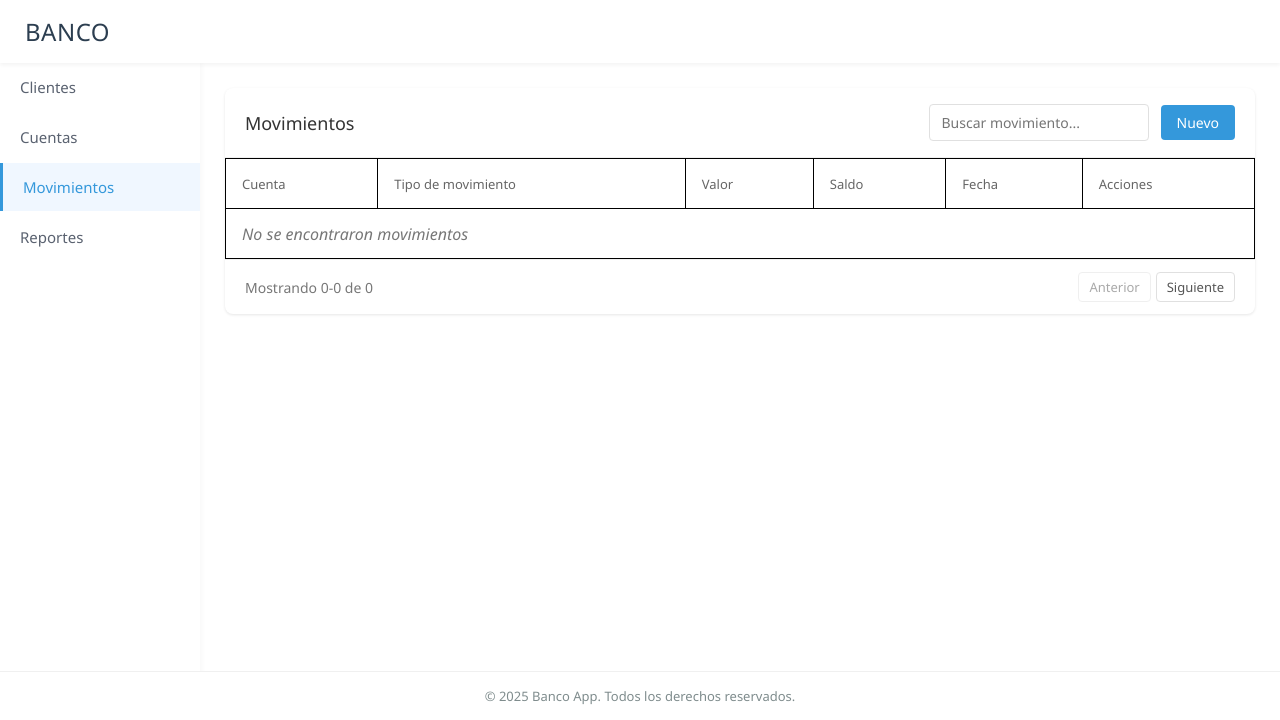
Repository: nder1996/Bank-Devsu
Page: /movimientos (app in Frontend/banco-devsu/)
An editor plug-in stored every save of this project. The page is shown before and after the next save, followed by the edit.
The browser window is 1280 px wide. The pictures show the whole page.
The page's requests for data from a server got no answer. The project was rebuilt for these pictures with package versions that can differ from the ones it lists, and the page was loaded fresh each time. No one was signed in, and anything a server would have sent is missing. Also part of the build but not shown: Frontend/banco-devsu/angular.json, Frontend/banco-devsu/src/app/presentation/pages/clientes/clientes.component.ts, Frontend/banco-devsu/src/app/core/services/cliente.service.ts, Frontend/banco-devsu/src/app/presentation/pages/cuentas/cuentas.component.ts, Frontend/banco-devsu/src/app/core/services/cuenta.service.ts, Frontend/banco-devsu/src/app/presentation/pages/reportes/reportes.component.ts.

Above is the page before, as saved 2025-08-22 14:01:44.

### Frontend/banco-devsu/src/index.html
<!doctype html>
<html lang="en">
<head>
  <meta charset="utf-8">
  <title>BancoDevsu</title>
  <base href="/">
  <meta name="viewport" content="width=device-width, initial-scale=1">
  <link rel="icon" type="image/x-icon" href="favicon.ico">
</head>
<body>
  <app-root></app-root>
</body>
</html>

### Frontend/banco-devsu/src/styles.css
/* You can add global styles to this file, and also import other style files */
* {
  box-sizing: border-box;
  font-family: 'Segoe UI', Roboto, 'Helvetica Neue', Arial, sans-serif;
  margin: 0;
  padding: 0;
}

html, body {
  height: 100%;
  overflow: hidden; /* Evita el scroll en el body */
}

.app-container {
  display: flex;
  flex-direction: column;
  height: 100vh;
  overflow: hidden;
}

.main-content {
  display: flex;
  flex: 1;
  height: calc(100vh - 115px); /* Altura total - (header + footer) */
  overflow: hidden;
}

.content {
  flex: 1;
  overflow-y: auto; /* Solo scroll en el área de contenido */
  padding: 25px;
}


.data-table{
  border:1px solid red !important
}

.data-table th, .data-table td {
  border: 1px solid black !important;
  text-align: center; /* Centra el texto horizontalmente */
  vertical-align: middle; /* Centra el texto verticalmente */
  padding: 10px; /* Espaciado interno para mejor apariencia */
  height: 50px; /* Asegura que las celdas tengan suficiente altura */
}

### Frontend/banco-devsu/src/app/app.module.ts
import { NgModule } from '@angular/core';
import { BrowserModule } from '@angular/platform-browser';

import { AppRoutingModule } from './app-routing.module';
import { AppComponent } from './app.component';
import { HeaderComponent } from './presentation/layout/header/header.component';
import { SidebarComponent } from './presentation/layout/sidebar/sidebar.component';
import { ClientesComponent } from './presentation/pages/clientes/clientes.component';
import { CuentasComponent } from './presentation/pages/cuentas/cuentas.component';
import { MovimientosComponent } from './presentation/pages/movimientos/movimientos.component';
import { ReportesComponent } from './presentation/pages/reportes/reportes.component';
import { FooterComponent } from './presentation/layout/footer/footer.component';
import { FormsModule } from '@angular/forms';
import { HttpClientModule } from '@angular/common/http';

@NgModule({
  declarations: [
    AppComponent,
    HeaderComponent,
    SidebarComponent,
    ClientesComponent,
    CuentasComponent,
    MovimientosComponent,
    ReportesComponent,
    FooterComponent
  ],
  imports: [
    BrowserModule,
    AppRoutingModule,
    FormsModule,
    HttpClientModule

  ],
  providers: [],
  bootstrap: [AppComponent]
})
export class AppModule { }

### Frontend/banco-devsu/src/app/app-routing.module.ts
import { NgModule } from '@angular/core';
import { RouterModule, Routes } from '@angular/router';
import { ClientesComponent } from './presentation/pages/clientes/clientes.component';
import { CuentasComponent } from './presentation/pages/cuentas/cuentas.component';
import { MovimientosComponent } from './presentation/pages/movimientos/movimientos.component';
import { ReportesComponent } from './presentation/pages/reportes/reportes.component';

const routes: Routes = [
  { path: '', redirectTo: '/clientes', pathMatch: 'full' },
  { path: 'clientes', component: ClientesComponent },
  //{ path: 'clientes/nuevo', component: ClienteFormComponent },
  //{ path: 'clientes/editar/:id', component: ClienteFormComponent },
  { path: 'cuentas', component: CuentasComponent },
  //{ path: 'cuentas/nuevo', component: CuentaFormComponent },
  //{ path: 'cuentas/editar/:id', component: CuentaFormComponent },
  { path: 'movimientos', component: MovimientosComponent },
  //{ path: 'movimientos/nuevo', component: MovimientoFormComponent },
  { path: 'reportes', component: ReportesComponent }
];

@NgModule({
  imports: [RouterModule.forRoot(routes)],
  exports: [RouterModule]
})
export class AppRoutingModule { }

### Frontend/banco-devsu/src/app/app.component.ts
import { Component } from '@angular/core';

@Component({
  selector: 'app-root',
  templateUrl: './app.component.html',
  styleUrls: ['./app.component.css']
})
export class AppComponent {
  title = 'banco-devsu';
}

### Frontend/banco-devsu/src/app/presentation/pages/movimientos/movimientos.component.ts
import { Component, OnInit } from '@angular/core';
import { MovimientoService } from 'src/app/core/services/movimiento.service';
import { Movimiento } from 'src/app/core/models/Movimiento';
import { TipoMovimiento } from '../../../core/enums/tipo-movimiento.enum';
import { MovimientoDTO } from 'src/app/core/dtos/movimiento.dto';

@Component({
  selector: 'app-movimientos',
  templateUrl: './movimientos.component.html',
  styleUrls: ['./movimientos.component.css']
})
export class MovimientosComponent implements OnInit {
  // Datos quemados
  items = [
    { fecha: '10/08/2025', cuenta: '478758', tipo: 'Crédito', valor: 2000, saldo: 4500 },
    { fecha: '08/08/2025', cuenta: '225487', tipo: 'Débito', valor: -575, saldo: 2500 },
    { fecha: '05/08/2025', cuenta: '495878', tipo: 'Crédito', valor: 600, saldo: 700 },
    { fecha: '01/08/2025', cuenta: '496825', tipo: 'Débito', valor: -150, saldo: 0 },
    { fecha: '30/07/2025', cuenta: '478758', tipo: 'Crédito', valor: 1500, saldo: 3000 },
    { fecha: '28/07/2025', cuenta: '225487', tipo: 'Débito', valor: -800, saldo: 3075 },
    { fecha: '26/07/2025', cuenta: '495878', tipo: 'Crédito', valor: 100, saldo: 100 },
    { fecha: '20/07/2025', cuenta: '496825', tipo: 'Débito', valor: -250, saldo: 150 },
    { fecha: '15/07/2025', cuenta: '478758', tipo: 'Crédito', valor: 1000, saldo: 1500 },
    { fecha: '10/07/2025', cuenta: '225487', tipo: 'Débito', valor: -125, saldo: 3875 },
    { fecha: '05/07/2025', cuenta: '495878', tipo: 'Crédito', valor: 900, saldo: 1000 },
    { fecha: '01/07/2025', cuenta: '496825', tipo: 'Débito', valor: -300, saldo: 400 }
  ];

  movimientos: MovimientoDTO[] = [];

  // Variables de búsqueda y filtrado
  searchTerm: string = '';
  filteredItems: any[] = [];

  // Variables de paginación
  paginatedItems: any[] = [];
  currentPage = 1;
  pageSize = 5;
  totalPages = 0;
  pages: number[] = [];
  startIndex = 0;
  endIndex = 0;

  constructor(private movimientoService: MovimientoService) { }

  ngOnInit() {
    this.cargarMovimientos();
  }

  cargarMovimientos(): void {
    this.movimientoService.getMovimientos().subscribe(
      (response: any) => {
        if (response.success) {
          this.movimientos = response.data; // Asigna directamente los datos sin mapear
          console.log("json movimientos :", JSON.stringify(this.movimientos));
          this.filteredItems = [...this.movimientos];
          this.updatePagination();
          this.updatePage();
        } else {
          console.error('Errores en la respuesta:', response.errors);
        }
      },
      (error) => {
        console.error('Error al cargar movimientos:', error);
      }
    );
  }

  // Filtrar elementos según término de búsqueda
  filterItems() {
    if (!this.searchTerm.trim()) {
      this.filteredItems = [...this.items];
    } else {
      const term = this.searchTerm.toLowerCase();
      this.filteredItems = this.items.filter(item =>
        item.cuenta.toLowerCase().includes(term) ||
        item.tipo.toLowerCase().includes(term) ||
        item.fecha.includes(term) ||
        item.valor.toString().includes(term) ||
        item.saldo.toString().includes(term)
      );
    }

    this.currentPage = 1; // Volver a primera página
    this.updatePagination();
    this.updatePage();
  }

  // Actualizar información de paginación
  updatePagination() {
    this.totalPages = Math.ceil(this.filteredItems.length / this.pageSize);
    this.generatePages();
  }

  // Generar array de números de página
  generatePages() {
    this.pages = [];
    for (let i = 1; i <= this.totalPages; i++) {
      this.pages.push(i);
    }
  }

  // Cambiar a la página seleccionada
  changePage(page: number) {
    if (page >= 1 && page <= this.totalPages) {
      this.currentPage = page;
      this.updatePage();
    }
  }

  // Actualizar elementos mostrados
  updatePage() {
    this.startIndex = (this.currentPage - 1) * this.pageSize;
    this.endIndex = Math.min(this.startIndex + this.pageSize, this.filteredItems.length);
    this.paginatedItems = this.filteredItems.slice(this.startIndex, this.endIndex);
  }
}

### Frontend/banco-devsu/src/app/app.component.html
<div class="app-container">
  <app-header></app-header>
  <div class="main-content">
    <app-sidebar></app-sidebar>
    <main class="content">
      <router-outlet></router-outlet>
    </main>
  </div>
  <app-footer></app-footer>
</div>

### Frontend/banco-devsu/src/app/presentation/layout/header/header.component.html
<header class="header">
  <h1 class="header-title">BANCO</h1>
</header>

### Frontend/banco-devsu/src/app/presentation/layout/header/header.component.css
.header {
  background-color: white;
  box-shadow: 0 2px 4px rgba(0, 0, 0, 0.05);
  padding: 15px 25px;
  position: sticky;
  top: 0;
  z-index: 100;
}

.header-title {
  color: #2c3e50;
  font-size: 24px;
  font-weight: 500;
  letter-spacing: 0.5px;
  margin: 0;
}

### Frontend/banco-devsu/src/app/presentation/layout/sidebar/sidebar.component.html
<nav class="sidebar">
  <ul class="sidebar-menu">
    <li class="sidebar-item" [routerLinkActive]="'active'">
      <a [routerLink]="['/clientes']">Clientes</a>
    </li>
    <li class="sidebar-item" [routerLinkActive]="'active'">
      <a [routerLink]="['/cuentas']">Cuentas</a>
    </li>
    <li class="sidebar-item" [routerLinkActive]="'active'">
      <a [routerLink]="['/movimientos']">Movimientos</a>
    </li>
    <li class="sidebar-item" [routerLinkActive]="'active'">
      <a [routerLink]="['/reportes']">Reportes</a>
    </li>
  </ul>
</nav>

### Frontend/banco-devsu/src/app/presentation/layout/sidebar/sidebar.component.css
.sidebar {
  background-color: white;
  box-shadow: 2px 0 5px rgba(0, 0, 0, 0.03);
  height: calc(100vh - 60px);
  width: 200px;
}

.sidebar-menu {
  list-style: none;
  margin: 0;
  padding: 0;
}

.sidebar-item {
  margin-bottom: 2px;
}

.sidebar-item a {
  color: #5a6270;
  display: block;
  font-size: 15px;
  padding: 14px 20px;
  text-decoration: none;
  transition: all 0.2s ease;
}

.sidebar-item a:hover {
  background-color: #f8f9fa;
  color: #3498db;
  padding-left: 24px;
}

.sidebar-item.active a {
  background-color: #f0f7ff;
  border-left: 3px solid #3498db;
  color: #3498db;
  font-weight: 500;
}

### Frontend/banco-devsu/src/app/presentation/pages/movimientos/movimientos.component.html
<div class="table-section">
  <!-- Cabecera con filtro -->
  <div class="table-header">
    <h2>Movimientos</h2>
    <div class="table-actions">
      <input
        type="text"
        class="search-input"
        placeholder="Buscar movimiento..."
        [(ngModel)]="searchTerm"
        (input)="filterItems()">
      <button class="btn-add">Nuevo</button>
    </div>
  </div>

  <!-- Tabla -->
  <table class="data-table">
    <thead>
      <tr>
        <th>Cuenta</th>
         <th>Tipo de movimiento</th>
        <th>Valor</th>
        <th>Saldo</th>
        <th>Fecha</th>
        <th>Acciones</th>
      </tr>
    </thead>
    <tbody>
      <tr *ngFor="let item of paginatedItems">
        <td>{{item.cuentaId}}</td>
        <td [ngClass]="item.tipoMovimiento == 1 ? 'tipo-credito' : 'tipo-debito'">
          {{item.tipoMovimiento == 1 ? 'Crédito' : 'Débito'}}
        </td>
        <td [ngClass]="item.valor > 0 ? 'valor-positivo' : 'valor-negativo'">
          {{item.valor | currency}}
        </td>
        <td>{{item.saldo | currency}}</td>
        <td>{{item.fecha}}</td>
        <td class="actions">
          <button class="btn-edit">Editar</button>
          <button class="btn-delete">Eliminar</button>
        </td>
      </tr>
      <tr *ngIf="paginatedItems.length === 0">
        <td colspan="6" class="no-data">No se encontraron movimientos</td>
      </tr>
    </tbody>
  </table>

  <!-- Paginación simple -->
  <div class="pagination">
    <span class="page-info">
      Mostrando {{filteredItems.length ? startIndex + 1 : 0}}-{{endIndex}} de {{filteredItems.length}}
    </span>
    <div class="page-controls">
      <button class="page-btn" [disabled]="currentPage === 1" (click)="changePage(currentPage - 1)">
        Anterior
      </button>

      <button
        *ngFor="let page of pages"
        class="page-btn"
        [class.active]="page === currentPage"
        (click)="changePage(page)">
        {{page}}
      </button>

      <button class="page-btn" [disabled]="currentPage === totalPages" (click)="changePage(currentPage + 1)">
        Siguiente
      </button>
    </div>
  </div>
</div>

### Frontend/banco-devsu/src/app/presentation/pages/movimientos/movimientos.component.css
/* Contenedor principal */
.table-section {
  background-color: white;
  border-radius: 8px;
  box-shadow: 0 1px 3px rgba(0, 0, 0, 0.1);
  font-family: -apple-system, BlinkMacSystemFont, 'Segoe UI', Roboto, sans-serif;
}

/* Cabecera */
.table-header {
  display: flex;
  justify-content: space-between;
  align-items: center;
  padding: 16px 20px;
  border-bottom: 1px solid #f0f0f0;
}

.table-header h2 {
  color: #333;
  font-size: 18px;
  font-weight: 500;
  margin: 0;
}

.table-actions {
  display: flex;
  gap: 12px;
  align-items: center;
}

.search-input {
  border: 1px solid #e0e0e0;
  border-radius: 4px;
  color: #333;
  font-size: 14px;
  padding: 8px 12px;
  width: 220px;
  transition: border-color 0.2s;
}

.search-input:focus {
  border-color: #3498db;
  outline: none;
}

.btn-add {
  background-color: #3498db;
  border: none;
  border-radius: 4px;
  color: white;
  cursor: pointer;
  font-size: 14px;
  padding: 8px 16px;
}

.btn-add:hover {
  background-color: #2980b9;
}

/* Tabla */
.data-table {
  width: 100%;
  border-collapse: collapse;
}

.data-table th,
.data-table td {
  border-bottom: 1px solid #f0f0f0;
  padding: 12px 16px;
  text-align: left;
}

.data-table th {
  color: #666;
  font-size: 13px;
  font-weight: 500;
}

.tipo-credito { color: #27ae60; }
.tipo-debito { color: #e74c3c; }
.valor-positivo { color: #27ae60; font-weight: 500; }
.valor-negativo { color: #e74c3c; font-weight: 500; }

.no-data {
  color: #777;
  font-style: italic;
  padding: 20px;
  text-align: center;
}

.actions {
  display: flex;
  gap: 8px;
}

.btn-edit, .btn-delete {
  background-color: transparent;
  border: 1px solid #e0e0e0;
  border-radius: 4px;
  color: #555;
  cursor: pointer;
  font-size: 13px;
  padding: 5px 10px;
}

.btn-edit:hover { background-color: #f0f7ff; color: #3498db; }
.btn-delete:hover { background-color: #fff5f5; color: #e74c3c; }

/* Paginación */
.pagination {
  display: flex;
  justify-content: space-between;
  align-items: center;
  padding: 12px 20px;
  border-top: 1px solid #f0f0f0;
}

.page-info {
  color: #777;
  font-size: 14px;
}

.page-controls {
  display: flex;
  gap: 5px;
}

.page-btn {
  background-color: transparent;
  border: 1px solid #e0e0e0;
  border-radius: 4px;
  color: #555;
  cursor: pointer;
  font-size: 13px;
  padding: 5px 10px;
}

.page-btn:hover:not(:disabled) {
  background-color: #f8f8f8;
}

.page-btn.active {
  background-color: #3498db;
  border-color: #3498db;
  color: white;
}

.page-btn:disabled {
  opacity: 0.5;
  cursor: not-allowed;
}

### Frontend/banco-devsu/src/app/core/services/movimiento.service.ts
import { Injectable } from '@angular/core';
import { HttpClient } from '@angular/common/http';
import { Observable } from 'rxjs';
import { environment } from 'src/environments/environment';
import { Movimiento } from '../models/Movimiento';
import { MovimientoDTO } from '../dtos/movimiento.dto';
import { IMovimientoService } from './interfaces/movimiento-service.interface';

@Injectable({
  providedIn: 'root',
})
export class MovimientoService implements IMovimientoService {
  private apiUrl = `${environment.apiUrl}/Movimientos`;

  constructor(private http: HttpClient) {}

  // Obtener todos los movimientos
  getMovimientos(): Observable<MovimientoDTO[]> {
    return this.http.get<MovimientoDTO[]>(this.apiUrl);
  }

  // Obtener un movimiento por ID
  getMovimientoById(id: number): Observable<Movimiento> {
    return this.http.get<Movimiento>(`${this.apiUrl}/${id}`);
  }

  // Crear un nuevo movimiento
  createMovimiento(movimientoDto: MovimientoDTO): Observable<Movimiento> {
    return this.http.post<Movimiento>(this.apiUrl, movimientoDto);
  }

  // Actualizar un movimiento existente
  updateMovimiento(id: number, movimientoDto: MovimientoDTO): Observable<Movimiento> {
    return this.http.put<Movimiento>(`${this.apiUrl}/${id}`, movimientoDto);
  }

  // Eliminar un movimiento
  deleteMovimiento(id: number): Observable<void> {
    return this.http.delete<void>(`${this.apiUrl}/${id}`);
  }
}

### Frontend/banco-devsu/src/app/presentation/layout/footer/footer.component.html
<footer class="footer">
  <div class="footer-content">
    <p>&copy; 2025 Banco App. Todos los derechos reservados.</p>
  </div>
</footer>

### Frontend/banco-devsu/src/app/presentation/layout/footer/footer.component.css
.footer {
  background-color: white;
  border-top: 1px solid #f0f0f0;
  color: #7f8c8d;
  font-size: 13px;
  padding: 15px 25px;
  text-align: center;
}

.footer-content p {
  margin: 0;
}

### Frontend/banco-devsu/src/environments/environment.ts
export const environment = {
  production: false,
  apiUrl: 'https://localhost:7221/api',
};

Loaded but not shown: Frontend/banco-devsu/src/main.ts (common file); Frontend/banco-devsu/src/app/presentation/layout/header/header.component.ts (common file); Frontend/banco-devsu/src/app/presentation/layout/sidebar/sidebar.component.ts (common file); Frontend/banco-devsu/src/app/presentation/layout/footer/footer.component.ts (common file); Frontend/banco-devsu/src/app/app.component.css (no stored copy; drawn as an empty file)

After the next save:
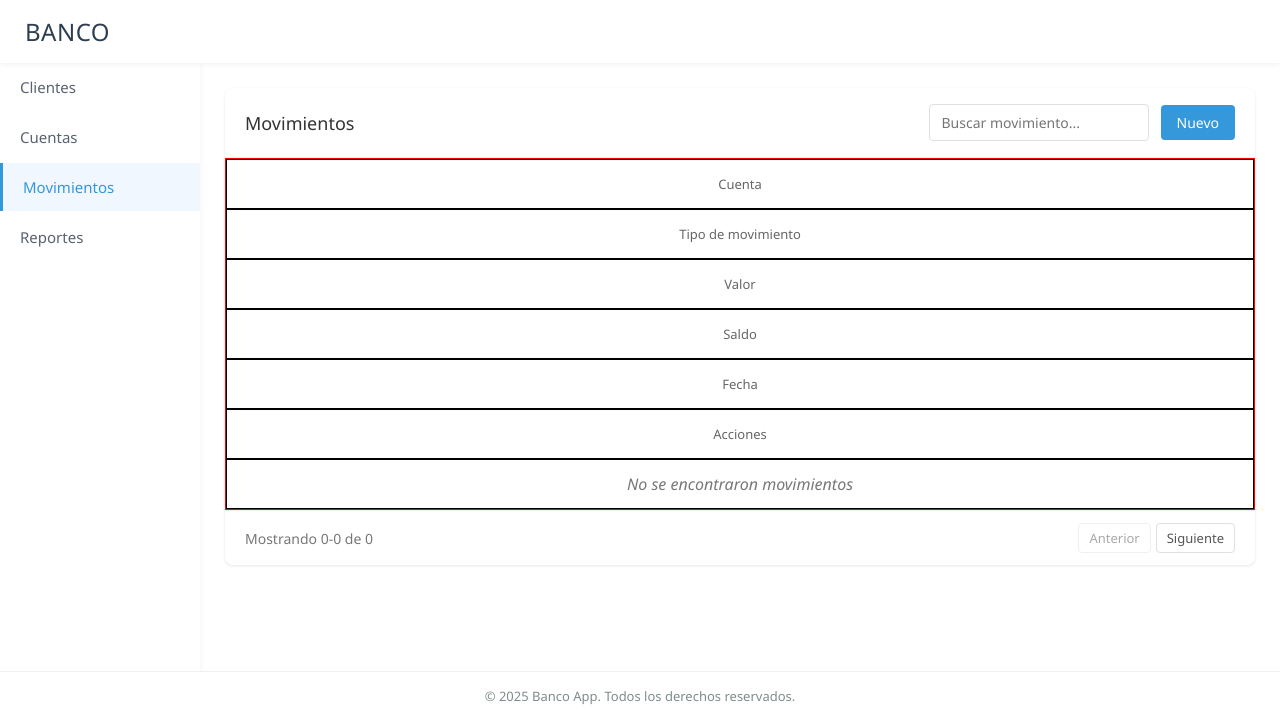
Saved 25 s later.
--- a/Frontend/banco-devsu/src/styles.css
+++ b/Frontend/banco-devsu/src/styles.css
@@ -38,8 +38,8 @@ html, body {
 
 .data-table th, .data-table td {
   border: 1px solid black !important;
-  text-align: center; /* Centra el texto horizontalmente */
-  vertical-align: middle; /* Centra el texto verticalmente */
-  padding: 10px; /* Espaciado interno para mejor apariencia */
+  display: flex;
+  justify-content: center; /* Centra horizontalmente */
+  align-items: center; /* Centra verticalmente */
   height: 50px; /* Asegura que las celdas tengan suficiente altura */
 }
